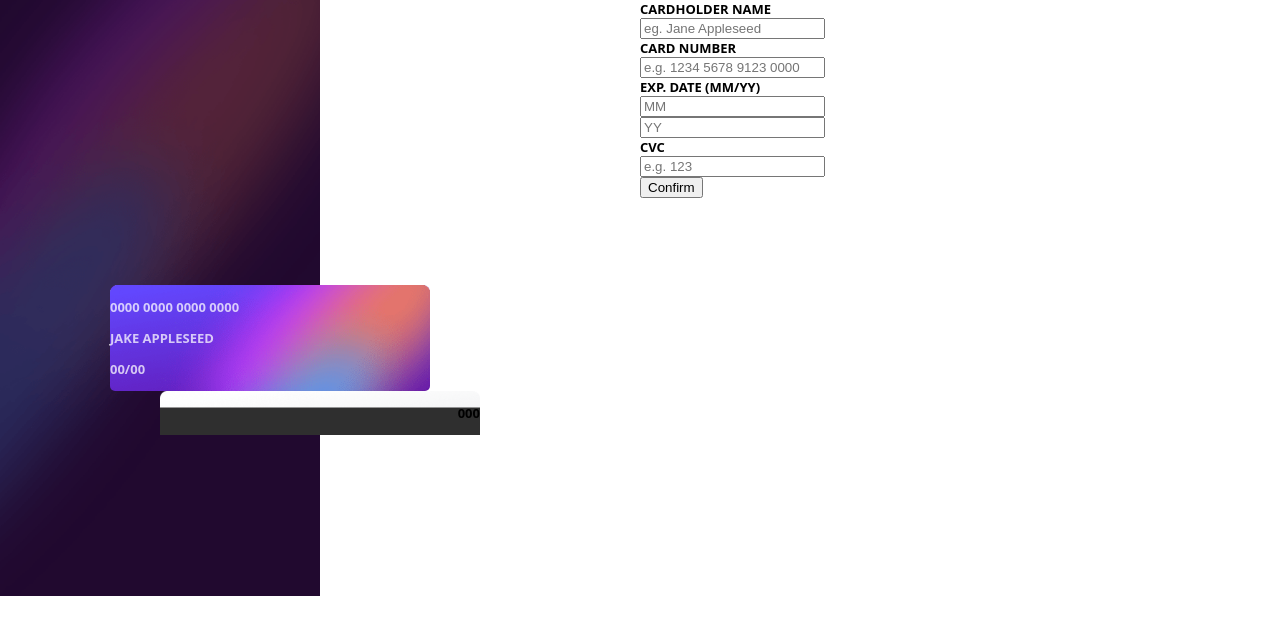
Repository: Celebration-cloud/my-project
Page: interactive-card-details-form-main/index.html
The author's editor kept a copy of each file at every save. The page is drawn from the files as they stood at one save, then again after a run of saves.
The browser window is 1280 px wide. The pictures show the whole page.

Above is the page before, as saved 2023-08-22 18:50:46.

After the next 3 saves:
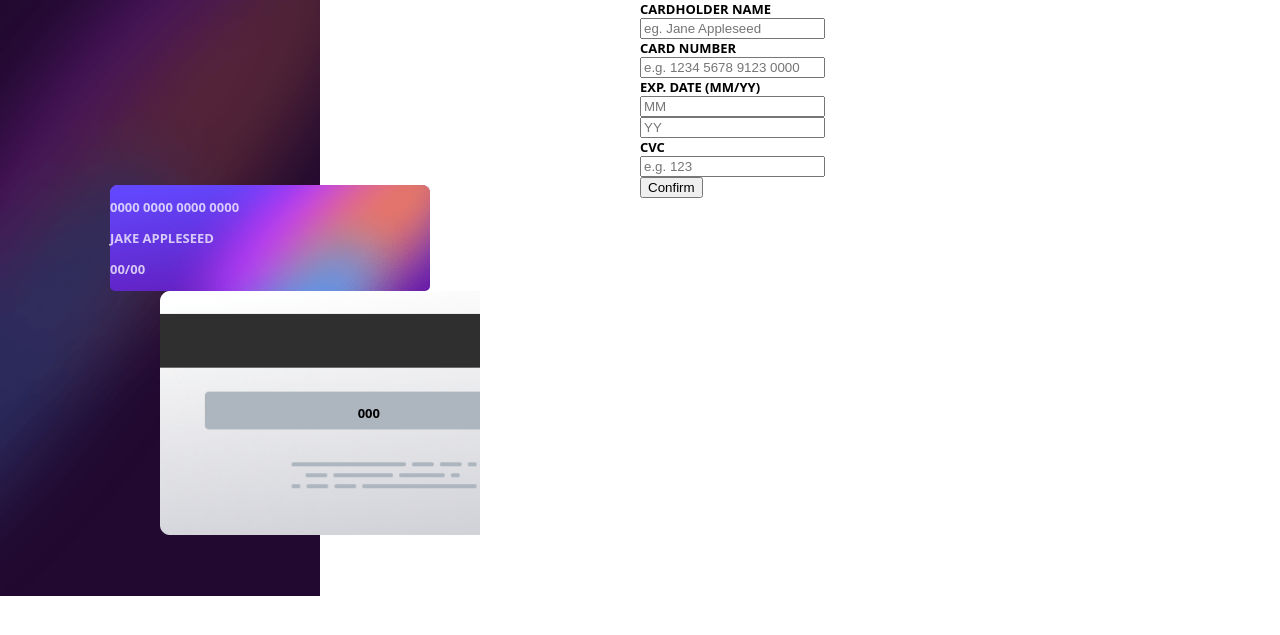
The 3 saves are shown as one change because they came seconds apart.
The last was saved 25 s later.
--- a/interactive-card-details-form-main/index.css
+++ b/interactive-card-details-form-main/index.css
@@ -36,5 +36,5 @@ body{
 }
 #cvc-digit{
     text-align: right !important ;
-
+    padding: 100px;
 }
